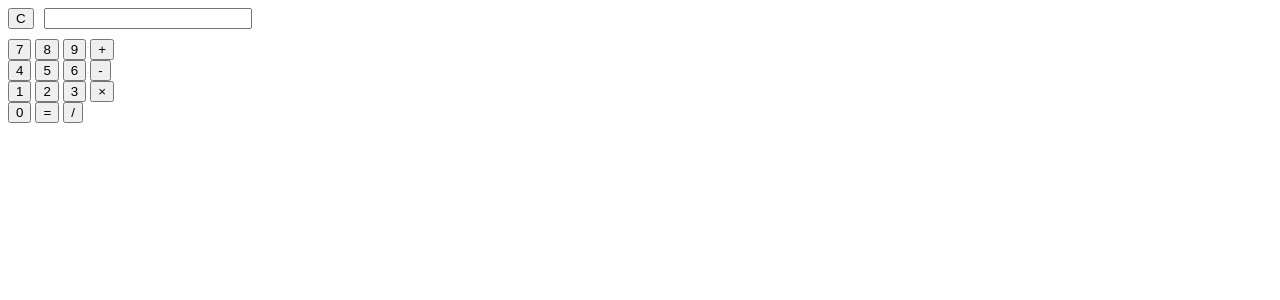
Repository: Burnmyheart/calculator
Page: index.html
An editor plug-in stored every save of this project. The page is shown before and after the next save, followed by the edit.
The browser window is 1280 px wide. The pictures show the whole page.

Above is the page before, as saved 2025-04-28 19:39:37.

### index.html
<!DOCTYPE html>
<html lang="en">
  <head>
    <meta charset="UTF-8" />
    <meta name="viewport" content="width=device-width, initial-scale=1.0" />
    <title>Калькулятор</title>
    <style>
      .display-container {
        display: flex;
        gap: 10px;
        margin-bottom: 10px;
      }
      #display {
        width: 200px;
      }
    </style>
  </head>
  <body>
    <!-- Поле вывода и кнопка сброса -->
    <div class="display-container">
      <button onclick="clearDisplay()">C</button>
      <input type="text" id="display" readonly />
    </div>

    <!-- Кнопки калькулятора -->
    <div>
      <button onclick="addNumber('7')">7</button>
      <button onclick="addNumber('8')">8</button>
      <button onclick="addNumber('9')">9</button>
      <button onclick="addOperation('+')">+</button>
    </div>
    <div>
      <button onclick="addNumber('4')">4</button>
      <button onclick="addNumber('5')">5</button>
      <button onclick="addNumber('6')">6</button>
      <button onclick="addOperation('-')">-</button>
    </div>
    <div>
      <button onclick="addNumber('1')">1</button>
      <button onclick="addNumber('2')">2</button>
      <button onclick="addNumber('3')">3</button>
      <button onclick="addOperation('*')">×</button>
    </div>
    <div>
      <button onclick="addNumber('0')">0</button>
      <button onclick="calculate()">=</button>
      <button onclick="addOperation('/')">/</button>
    </div>

    <script src="calculator.js"></script>
  </body>
</html>

### calculator.js
// Получаем элемент дисплея
const display = document.getElementById("display");

// Переменные для хранения данных
let firstNumber = "";
let operator = "";
let newNumber = false;

// Добавление цифры
function addNumber(num) {
  if (newNumber) {
    display.value = num;
    newNumber = false;
  } else {
    display.value += num;
  }
}

// Добавление операции
function addOperation(op) {
  if (display.value !== "") {
    firstNumber = display.value;
    operator = op;
    newNumber = true;
  }
}

// Вычисление результата
function calculate() {
  if (firstNumber && operator && display.value) {
    let result;
    let a = parseFloat(firstNumber);
    let b = parseFloat(display.value);

    switch (operator) {
      case "+":
        result = a + b;
        break;
      case "-":
        result = a - b;
        break;
      case "*":
        result = a * b;
        break;
      case "/":
        if (b === 0) {
          result = "Ошибка";
        } else {
          result = a / b;
        }
        break;
    }

    display.value = result;
    firstNumber = "";
    operator = "";
    newNumber = true;
  }
}

// Очистка дисплея
function clearDisplay() {
  display.value = "";
  firstNumber = "";
  operator = "";
  newNumber = false;
}

After the next save:
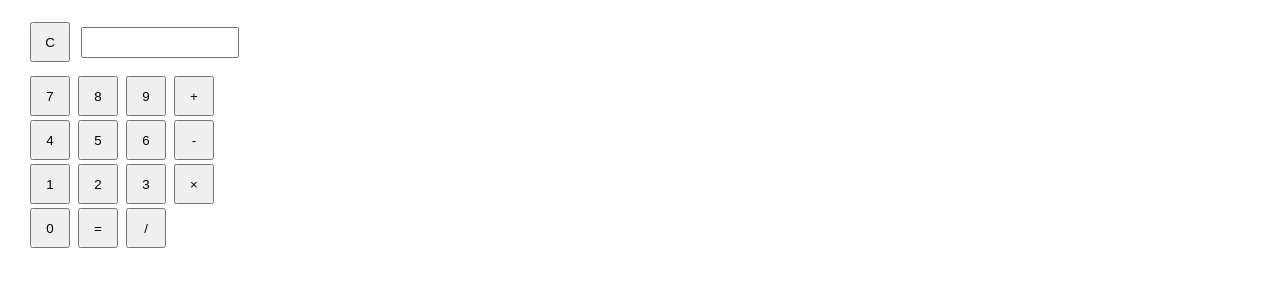
Saved 61 s later.
--- a/index.html
+++ b/index.html
@@ -5,46 +5,60 @@
     <meta name="viewport" content="width=device-width, initial-scale=1.0" />
     <title>Калькулятор</title>
     <style>
+      /* Базовые стили для читаемости */
+      .calculator {
+        margin: 20px;
+      }
+
       .display-container {
-        display: flex;
-        gap: 10px;
         margin-bottom: 10px;
       }
+
       #display {
-        width: 200px;
+        width: 150px;
+        height: 25px;
+        margin-left: 5px;
+      }
+
+      button {
+        width: 40px;
+        height: 40px;
+        margin: 2px;
       }
     </style>
   </head>
   <body>
-    <!-- Поле вывода и кнопка сброса -->
-    <div class="display-container">
-      <button onclick="clearDisplay()">C</button>
-      <input type="text" id="display" readonly />
-    </div>
+    <div class="calculator">
+      <!-- Поле вывода и кнопка сброса -->
+      <div class="display-container">
+        <button onclick="clearDisplay()">C</button>
+        <input type="text" id="display" readonly />
+      </div>
 
-    <!-- Кнопки калькулятора -->
-    <div>
-      <button onclick="addNumber('7')">7</button>
-      <button onclick="addNumber('8')">8</button>
-      <button onclick="addNumber('9')">9</button>
-      <button onclick="addOperation('+')">+</button>
-    </div>
-    <div>
-      <button onclick="addNumber('4')">4</button>
-      <button onclick="addNumber('5')">5</button>
-      <button onclick="addNumber('6')">6</button>
-      <button onclick="addOperation('-')">-</button>
-    </div>
-    <div>
-      <button onclick="addNumber('1')">1</button>
-      <button onclick="addNumber('2')">2</button>
-      <button onclick="addNumber('3')">3</button>
-      <button onclick="addOperation('*')">×</button>
-    </div>
-    <div>
-      <button onclick="addNumber('0')">0</button>
-      <button onclick="calculate()">=</button>
-      <button onclick="addOperation('/')">/</button>
+      <!-- Кнопки калькулятора -->
+      <div>
+        <button onclick="addNumber('7')">7</button>
+        <button onclick="addNumber('8')">8</button>
+        <button onclick="addNumber('9')">9</button>
+        <button onclick="addOperation('+')">+</button>
+      </div>
+      <div>
+        <button onclick="addNumber('4')">4</button>
+        <button onclick="addNumber('5')">5</button>
+        <button onclick="addNumber('6')">6</button>
+        <button onclick="addOperation('-')">-</button>
+      </div>
+      <div>
+        <button onclick="addNumber('1')">1</button>
+        <button onclick="addNumber('2')">2</button>
+        <button onclick="addNumber('3')">3</button>
+        <button onclick="addOperation('*')">×</button>
+      </div>
+      <div>
+        <button onclick="addNumber('0')">0</button>
+        <button onclick="calculate()">=</button>
+        <button onclick="addOperation('/')">/</button>
+      </div>
     </div>
 
     <script src="calculator.js"></script>
